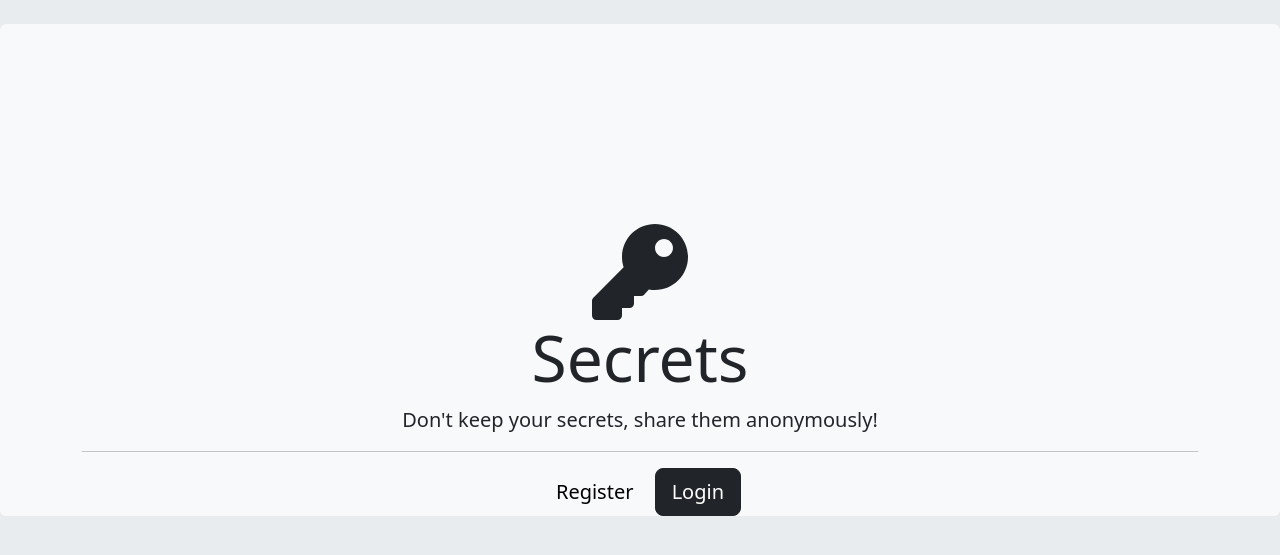
Repository: hritik1204/authentication
Page: http://localhost/
These files come from the project's save history. The page is drawn as it stood at one moment and after the next save; the edit follows.
The browser window is 1280 px wide. The pictures show the whole page.
The page is served by the project's Node server (app.js).

Above is the page before, as saved 2022-07-07 17:13:39.

### views/home.ejs
<%- include('partials/header') %>


    <div class="bg-light  rounded pl-5 mt-4  centered">
        <div class="container">
            <i class="fas fa-key fa-6x"></i>
            <h1 class="display-3">Secrets</h1>
            <p class="lead">Don't keep your secrets, share them anonymously!</p>
            <hr>
            <a class="btn btn-light btn-lg" href="/register" role="button">Register</a>
            <a class="btn btn-dark btn-lg" href="/login" role="button">Login</a>

        </div>
    </div>

    <%- include('partials/footer') %>

### views/partials/header.ejs
<!DOCTYPE html>
<html lang="en" dir="ltr">

<head>
    <meta charset="utf-8">
    <title>Secrets</title>
    <script defer src="https://use.fontawesome.com/releases/v5.15.4/js/all.js" integrity="sha384-rOA1PnstxnOBLzCLMcre8ybwbTmemjzdNlILg8O7z1lUkLXozs4DHonlDtnE7fpc" crossorigin="anonymous"></script>
    <!-- CSS only -->
    <link href="https://cdn.jsdelivr.net/npm/bootstrap@5.2.0-beta1/dist/css/bootstrap.min.css" rel="stylesheet" integrity="sha384-0evHe/X+R7YkIZDRvuzKMRqM+OrBnVFBL6DOitfPri4tjfHxaWutUpFmBp4vmVor" crossorigin="anonymous">

    <link rel="stylesheet" href="css/styles.css">
</head>

<body>

### app.js
import express from "express";
import ejs from "ejs";

import { fileURLToPath } from 'url';
import { dirname } from 'path';
import { response } from "express";


main().catch(err => console.log(err));
async function main() {

    const app = express();
    app.use(express.urlencoded({ extended: true }));
    app.use(express.static("public"));
    app.set('view engine', 'ejs');

    const __filename = fileURLToPath(
        import.meta.url);

    const __dirname = dirname(__filename);

    app.get("/", (req, res) => res.render("home"));
    app.get("/login", (req, res) => res.render("login"));
    app.get("/register", (req, res) => res.render("register"));

















    app.listen(3000, () => console.log("Server started on port 3000"));
}

Loaded but not shown: views/partials/footer.ejs (common file); public/css/styles.css (common file)

After the next save:
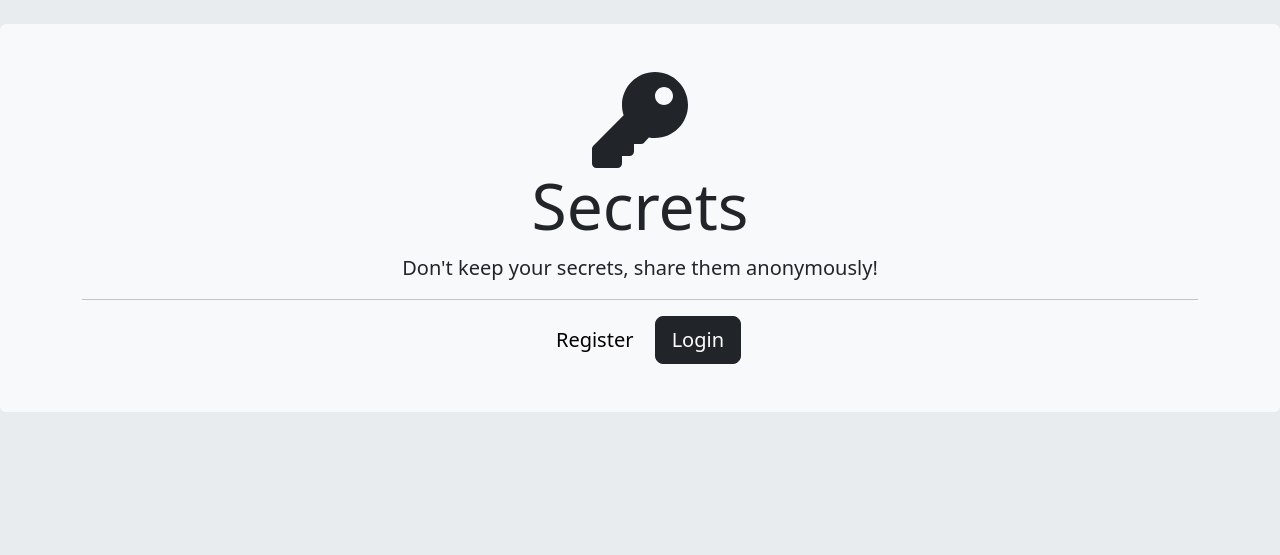
Saved 49 s later.
--- a/views/home.ejs
+++ b/views/home.ejs
@@ -1,7 +1,7 @@
 <%- include('partials/header') %>
 
 
-    <div class="bg-light  rounded pl-5 mt-4  centered">
+    <div class="bg-light  rounded py-5 mt-4  centered">
         <div class="container">
             <i class="fas fa-key fa-6x"></i>
             <h1 class="display-3">Secrets</h1>
